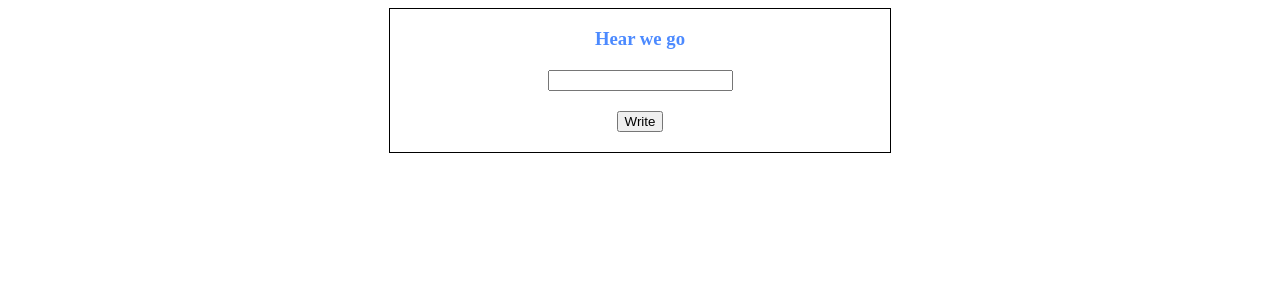
Repository: jn222rv/1dv403-laborationer
Page: 2-labbymezzage/index.html
The author's editor kept a record of every edit. The page is drawn from the files as they stood at one moment, then again after the next edit.
The browser window is 1280 px wide. The pictures show the whole page.

Above is the page before.

After the next edit:
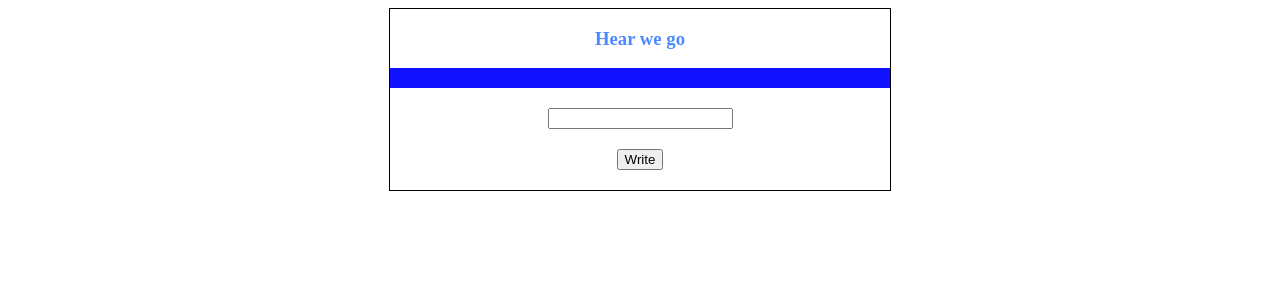
The edit:
--- a/2-labbymezzage/index.html
+++ b/2-labbymezzage/index.html
@@ -13,6 +13,9 @@
             <div id="messageArea">
 
             </div>
+            <div id="numberOfMessages">
+                <p></p>
+            </div>
             <input type="textarea" ID="textarea" name="messageArea"/>
             <input type="button" ID="button" name="button" value="Write"/>
         </div>
